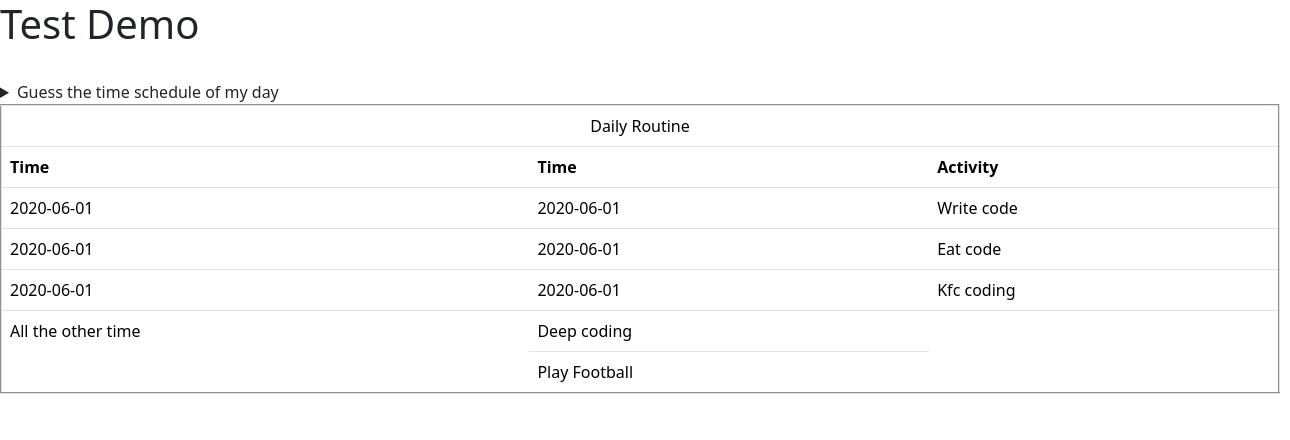
Repository: cavidk/taco_shop-web
Page: html basics/index.html
These files come from the project's save history. The page is drawn as it stood at one moment and after the next save; the edit follows.
The browser window is 1280 px wide. The page is 1280 px wide, then 1290 px, then 1280 px, so the pictures cover 1290 px, including what lies to the right of the window. The pictures show the whole page.

Above is the page before, as saved 2024-06-07 16:53:49.

After the next save:
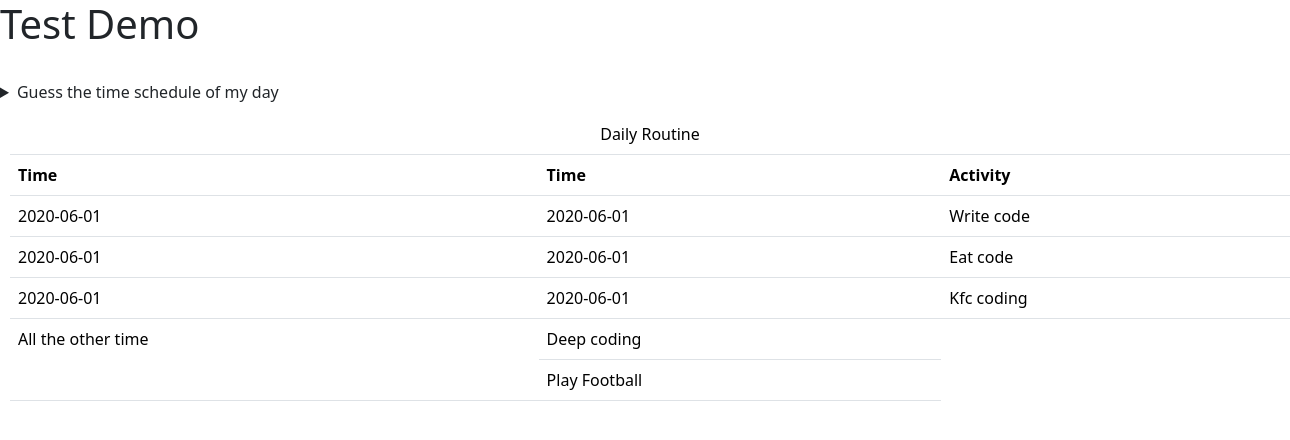
Saved 25 s later.
--- a/html basics/style.css
+++ b/html basics/style.css
@@ -1,4 +1,4 @@
-/* table{
+table{
       width: 20%;
       border-collapse: collapse;
       margin: 10px;
@@ -6,7 +6,7 @@
       border-radius: 50px;
       border: none;
       border-color: hotpink
-} */
+}
 .table td:hover {
    background: red;
 }

After the 2 saves that followed:
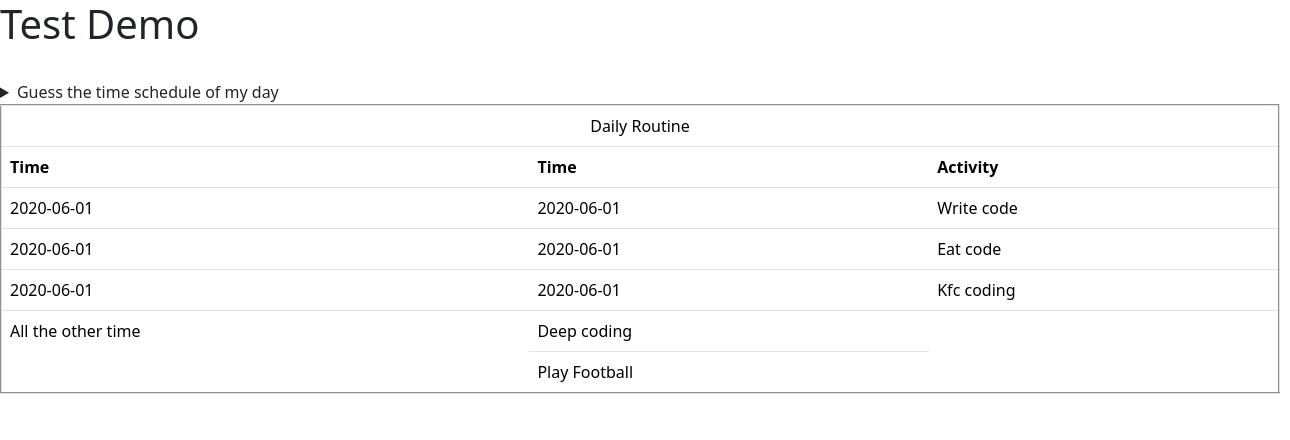
The 2 saves are shown as one change because they came seconds apart.
The last was saved 57 s later.
--- a/html basics/style.css
+++ b/html basics/style.css
@@ -1,4 +1,4 @@
-table{
+/* table{
       width: 20%;
       border-collapse: collapse;
       margin: 10px;
@@ -6,7 +6,12 @@
       border-radius: 50px;
       border: none;
       border-color: hotpink
+} */
+
+table{
+   width: 50%;
 }
+
 .table td:hover {
    background: red;
 }
